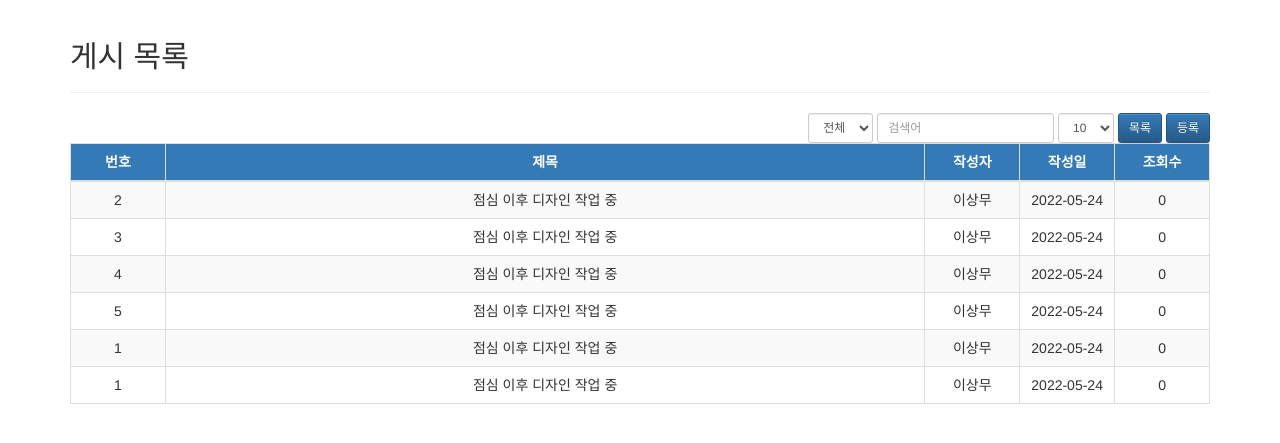
Repository: kimjoohye/study_WEB
Page: workspace/studyhtml5/WebContent/bootstrap/boot_list.html
An editor plug-in stored every save of this project. The page is shown before and after the next save, followed by the edit.
The browser window is 1280 px wide. The pictures show the whole page.

Above is the page before, as saved 2022-05-24 06:34:13.

### workspace/studyhtml5/WebContent/bootstrap/boot_list.html
<!-- Html comment -->
<!DOCTYPE html>
<html>
<head>
<meta name="viewport" content="width=device-width,initial-scale=1.0">
<meta charset="UTF-8">
<!-- bootstrap CDN -->
<!-- 합쳐지고 최소화된 최신 CSS -->
<link rel="stylesheet" href="https://maxcdn.bootstrapcdn.com/bootstrap/3.3.2/css/bootstrap.min.css">

<!-- 부가적인 테마 -->
<link rel="stylesheet" href="https://maxcdn.bootstrapcdn.com/bootstrap/3.3.2/css/bootstrap-theme.min.css">

<!-- jquery lib: bootstrap.min.js보다 항상 먼저 와야 한다. -->
<script
  src="https://code.jquery.com/jquery-1.12.4.js"
  integrity="sha256-Qw82+bXyGq6MydymqBxNPYTaUXXq7c8v3CwiYwLLNXU="
  crossorigin="anonymous"></script>

<!-- 합쳐지고 최소화된 최신 자바스크립트 -->
<script src="https://maxcdn.bootstrapcdn.com/bootstrap/3.3.2/js/bootstrap.min.js"></script>



<!-- 스타일 시트 -->
<style type="text/css">

</style>

<title>Insert title here</title>
<!-- 자바스크립트 코드 -->
<script type="text/javascript">

</script>

</head>
<body>
    <!-- div container -->
    <div class="container">
        <!-- 제목 -->
        <div class="page-header">
            <h2>게시 목록</h2>
        </div>
        <!--// 제목 ----------------------------->

        <!-- 검색영역 -->
        <div class="row">
            <form action="#" class="form-inline col-sm-12 col-md-12 col-lg-12 text-right">
                <div class="form-group">
                    <select class="form-control input-sm">
                        <option value="">전체</option>
                        <option value="10">제목</option>
                        <option value="20">내용</option>
                    </select>
                    <input type="text" class="form-control input-sm" placeholder="검색어">
                    <select class="form-control input-sm">
                        <option value="10">10</option>
                        <option value="20">20</option>
                        <option value="30">30</option>
                    </select>
		                <input type="button" class="btn btn-primary btn-sm" value="목록">
		                <input type="button" class="btn btn-primary btn-sm" value="등록">
                </div>
            </form>
        </div>
        <!--// 검색영역 ----------------------------->


        <!-- table -->
        <div class="table-responsive">
            <table class="table table-striped table-bordered table-hover">
                <thead class="bg-primary">
                    <tr>
	                    <th class="text-center col-sm-1 col-md-1 col-lg-1">번호</th>
	                    <th class="text-center col-sm-6 col-md-6 col-lg-8">제목</th>
	                    <th class="text-center col-sm-2 col-md-2 col-lg-1">작성자</th>
	                    <th class="text-center col-sm-2 col-md-2 col-lg-1">작성일</th>
	                    <th class="text-center col-sm-1 col-md-1 col-lg-1">조회수</th>
                    </tr>
                </thead>
                <tbody>
                    <tr>
	                    <td class="text-center col-sm-1 col-md-1 col-lg-1">2</td>
	                    <td class="text-center col-sm-6 col-md-6 col-lg-8">점심 이후 디자인 작업 중</td>
	                    <td class="text-center col-sm-2 col-md-2 col-lg-1">이상무</td>
	                    <td class="text-center col-sm-2 col-md-2 col-lg-1">2022-05-24</td>
	                    <td class="text-center col-sm-1 col-md-1 col-lg-1">0</td>
                    </tr>
                    <tr>
	                    <td class="text-center col-sm-1 col-md-1 col-lg-1">3</td>
	                    <td class="text-center col-sm-6 col-md-6 col-lg-8">점심 이후 디자인 작업 중</td>
	                    <td class="text-center col-sm-2 col-md-2 col-lg-1">이상무</td>
	                    <td class="text-center col-sm-2 col-md-2 col-lg-1">2022-05-24</td>
	                    <td class="text-center col-sm-1 col-md-1 col-lg-1">0</td>
                    </tr>
                    <tr>
	                    <td class="text-center col-sm-1 col-md-1 col-lg-1">4</td>
	                    <td class="text-center col-sm-6 col-md-6 col-lg-8">점심 이후 디자인 작업 중</td>
	                    <td class="text-center col-sm-2 col-md-2 col-lg-1">이상무</td>
	                    <td class="text-center col-sm-2 col-md-2 col-lg-1">2022-05-24</td>
	                    <td class="text-center col-sm-1 col-md-1 col-lg-1">0</td>
                    </tr>
                    <tr>
	                    <td class="text-center col-sm-1 col-md-1 col-lg-1">5</td>
	                    <td class="text-center col-sm-6 col-md-6 col-lg-8">점심 이후 디자인 작업 중</td>
	                    <td class="text-center col-sm-2 col-md-2 col-lg-1">이상무</td>
	                    <td class="text-center col-sm-2 col-md-2 col-lg-1">2022-05-24</td>
	                    <td class="text-center col-sm-1 col-md-1 col-lg-1">0</td>
                    </tr>
                    <tr>
	                    <td class="text-center col-sm-1 col-md-1 col-lg-1">1</td>
	                    <td class="text-center col-sm-6 col-md-6 col-lg-8">점심 이후 디자인 작업 중</td>
	                    <td class="text-center col-sm-2 col-md-2 col-lg-1">이상무</td>
	                    <td class="text-center col-sm-2 col-md-2 col-lg-1">2022-05-24</td>
	                    <td class="text-center col-sm-1 col-md-1 col-lg-1">0</td>
                    </tr>
                    <tr>
	                    <td class="text-center col-sm-1 col-md-1 col-lg-1">1</td>
	                    <td class="text-center col-sm-6 col-md-6 col-lg-8">점심 이후 디자인 작업 중</td>
	                    <td class="text-center col-sm-2 col-md-2 col-lg-1">이상무</td>
	                    <td class="text-center col-sm-2 col-md-2 col-lg-1">2022-05-24</td>
	                    <td class="text-center col-sm-1 col-md-1 col-lg-1">0</td>
                    </tr>
                </tbody>
            </table>
        </div>
        <!--// table ----------------------------------->
    </div>
    <!--// div container ------------------------>
</body>
</html>

After the next save:
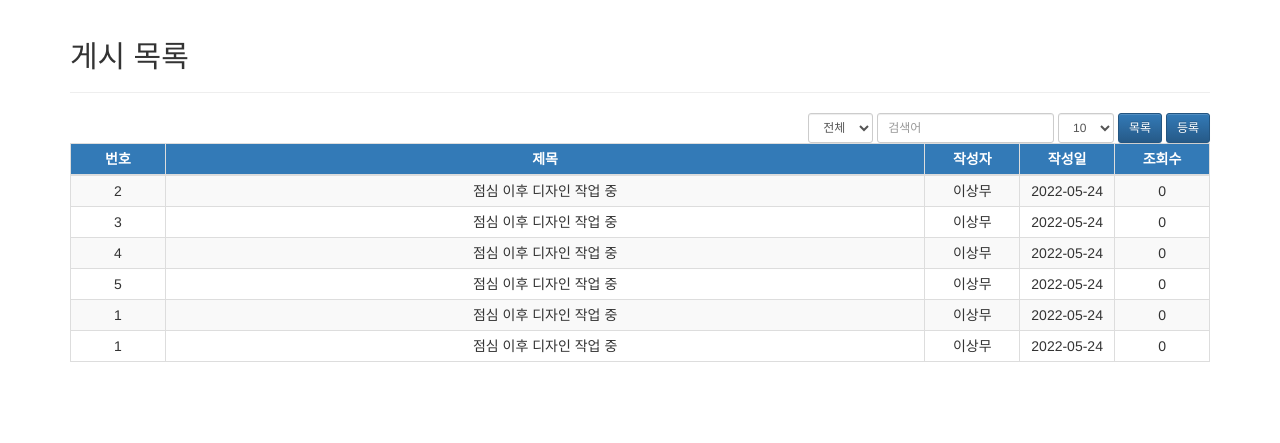
Saved 45 s later.
--- a/workspace/studyhtml5/WebContent/bootstrap/boot_list.html
+++ b/workspace/studyhtml5/WebContent/bootstrap/boot_list.html
@@ -68,7 +68,7 @@
 
         <!-- table -->
         <div class="table-responsive">
-            <table class="table table-striped table-bordered table-hover">
+            <table class="table table-striped table-bordered table-hover table-condensed">
                 <thead class="bg-primary">
                     <tr>
 	                    <th class="text-center col-sm-1 col-md-1 col-lg-1">번호</th>
